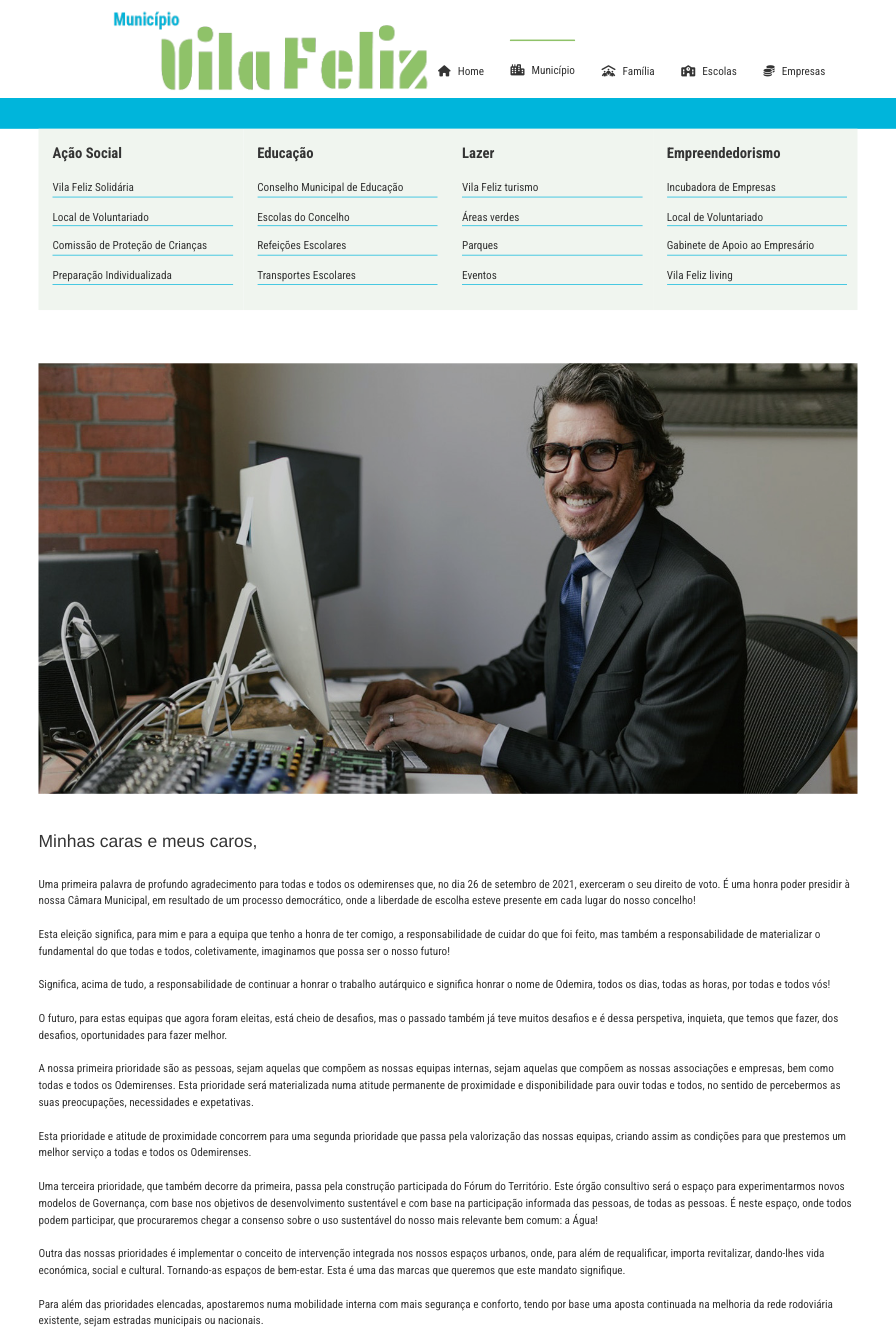
Repository: Goulart94/CmVilaFeliz
Page: municipio.html
The author's editor kept a copy of each file at every save. The page is drawn from the files as they stood at one save, then again after the next save.
The browser window is 1280 px wide. The pictures show the part of the page from y = 0 to 1920 px (the page is 2803 px tall), at 70% of full size.
Some web libraries are served in a nearby version. The style sheet was rebuilt from its Sass, Less or Tailwind sources for each picture, by a compiler version that may differ from the author's.

Above is the page before, as saved 2022-05-18 01:04:44.

### municipio.html
<!doctype html>
<html class="no-js" lang="pt" dir="ltr">

<head>
    <meta charset="utf-8">
    <meta http-equiv="x-ua-compatible" content="ie=edge">
    <meta name="viewport" content="width=device-width, initial-scale=1.0">
    <title>Foundation for Sites</title>
    <link rel="stylesheet" href="./css/foundation/foundation.css">
    <link rel="stylesheet" href="https://unpkg.com/swiper@8/swiper-bundle.min.css" />
    <link rel="stylesheet" href="./css/styleCity/app.css">
    <link rel="preconnect" href="https://fonts.googleapis.com">
    <link rel="preconnect" href="https://fonts.gstatic.com" crossorigin>
    <link href="https://fonts.googleapis.com/css2?family=Roboto+Condensed:wght@400;700&display=swap" rel="stylesheet">
    <script src="https://kit.fontawesome.com/14f2d6eca8.js" crossorigin="anonymous"></script>
</head>

<body>
    <!--header-->
    <div class="ContaineHeader grid-x">
        <div class="logo cell small-4 medium-8 large-4">

            <img src="./images/imgsPgHome/logo.png" alt="logo">
        </div>
        <div class="navBar cell small-8 medium-4 large-8">
            <nav class="float-right">
                <ul id="navBar">
                    <li><a href="./home.html"><i class="fa-solid fa-house"></i>Home</a></li>
                    <li><a href="./municipio.html"><i class="fa-solid fa-city"></i>Município</a></li>
                    <li><a><i class="fa-solid fa-people-roof"></i>Família</a></li>
                    <li><a><i class="fa-solid fa-school"></i>Escolas</a></li>
                    <li><a><i class="fa-solid fa-coins"></i>Empresas</a></li>
                </ul>
            </nav>
        </div>
    </div>
    <!--section 1-->
    <section class=" containerSection ">
        <div class="ruleBlue"></div>
        <div class="contentShortcuts  grid-container ">
            <div class=" cell small-12 medium-12  large-12  grid-x ">
                <div class="cell small-3 medium-3 large-3">
                    <div class="shortcuts ">
                        <span>Ação Social</span>
                        <ul>
                            <li><a>Vila Feliz Solidária</a></li>
                            <li><a>Local de Voluntariado</a> </li>
                            <li><a>Comissão de Proteção de Crianças</a></li>
                            <li><a>Preparação Individualizada</a></li>
                        </ul>
                    </div>

                </div>
                <div class="bgGray150 cell small-3 medium-3 large-3">
                    <div class="shortcuts active">

                        <span>Educação</span>
                        <ul>
                            <li><a>Conselho Municipal de Educação</a></li>
                            <li><a>
                                    Escolas do Concelho
                                </a> </li>
                            <li><a>Refeições Escolares</a></li>
                            <li><a>Transportes Escolares</a></li>
                        </ul>
                    </div>

                </div>
                <div class="bgGray150 cell small-3 medium-3 large-3">
                    <div class="shortcuts">

                        <span>Lazer</span>
                        <ul>
                            <li><a>Vila Feliz turismo</a></li>
                            <li><a>Áreas verdes</a> </li>
                            <li><a>Parques</a></li>
                            <li><a>Eventos</a></li>
                        </ul>
                    </div>
                </div>
                <div class=" bgGray150 cell small-3 medium-3 large-3">
                    <div class="shortcuts">

                        <span>Empreendedorismo</span>
                        <ul>
                            <li><a>Incubadora de Empresas</a></li>
                            <li><a>Local de Voluntariado</a> </li>
                            <li><a>Gabinete de Apoio ao Empresário</a></li>
                            <li><a>Vila Feliz living</a></li>
                        </ul>
                    </div>
                </div>
            </div>

    </section>
    <!--section 2-->
    <section class="containerSectionTwo">
        <div class="grid-container">
            <div>
                <img src="./images/imgsPgmunicípio/presidente.jpg" alt="">
            </div>
            <div class="conatainerText">
                <p>
                    <h4>Minhas caras e meus caros,</h4><br>


                    Uma primeira palavra de profundo agradecimento para todas e todos os odemirenses que, no dia 26 de
                    setembro de 2021, exerceram o seu direito de voto. É uma honra poder presidir à nossa Câmara
                    Municipal, em resultado de um processo democrático, onde a liberdade de escolha esteve presente em
                    cada lugar do nosso concelho! <br><br>

                    Esta eleição significa, para mim e para a equipa que tenho a honra de ter comigo, a responsabilidade
                    de cuidar do que foi feito, mas também a responsabilidade de materializar o fundamental do que todas
                    e todos, coletivamente, imaginamos que possa ser o nosso futuro! <br><br>

                    Significa, acima de tudo, a responsabilidade de continuar a honrar o trabalho autárquico e significa
                    honrar o nome de Odemira, todos os dias, todas as horas, por todas e todos vós!<br><br>

                    O futuro, para estas equipas que agora foram eleitas, está cheio de desafios, mas o passado também
                    já teve muitos desafios e é dessa perspetiva, inquieta, que temos que fazer, dos desafios,
                    oportunidades para fazer melhor.<br><br>

                    A nossa primeira prioridade são as pessoas, sejam aquelas que compõem as nossas equipas internas,
                    sejam aquelas que compõem as nossas associações e empresas, bem como todas e todos os Odemirenses.
                    Esta prioridade será materializada numa atitude permanente de proximidade e disponibilidade para
                    ouvir todas e todos, no sentido de percebermos as suas preocupações, necessidades e
                    expetativas.<br><br>

                    Esta prioridade e atitude de proximidade concorrem para uma segunda prioridade que passa pela
                    valorização das nossas equipas, criando assim as condições para que prestemos um melhor serviço a
                    todas e todos os Odemirenses.<br><br>

                    Uma terceira prioridade, que também decorre da primeira, passa pela construção participada do Fórum
                    do Território. Este órgão consultivo será o espaço para experimentarmos novos modelos de Governança,
                    com base nos objetivos de desenvolvimento sustentável e com base na participação informada das
                    pessoas, de todas as pessoas. É neste espaço, onde todos podem participar, que procuraremos chegar a
                    consenso sobre o uso sustentável do nosso mais relevante bem comum: a Água!<br><br>

                    Outra das nossas prioridades é implementar o conceito de intervenção integrada nos nossos espaços
                    urbanos, onde, para além de requalificar, importa revitalizar, dando-lhes vida económica, social e
                    cultural. Tornando-as espaços de bem-estar. Esta é uma das marcas que queremos que este mandato
                    signifique.<br><br>

                    Para além das prioridades elencadas, apostaremos numa mobilidade interna com mais segurança e
                    conforto, tendo por base uma aposta continuada na melhoria da rede rodoviária existente, sejam
                    estradas municipais ou nacionais.<br><br>

                    Procuraremos aumentar a atratividade de Odemira para os nossos jovens, queremos investir em modelos
                    e formas de promoção de habitação que permitam a sua autonomia sem que, com isso, hipotequem o seu
                    futuro. Queremos apostar em modelos de apoio à concretização de projetos de vida onde o receio do
                    risco e a realidade de falhar se constituam, apenas, como um processo de aprendizagem para uma nova
                    tentativa. Queremos investir em ecossistemas criativos e culturais onde os jovens participem e
                    sintam realização social. Sintam que é aqui que querem viver e trabalhar!<br>

                    Mais do que olharmos para os dilemas entre os diferentes territórios dentro do nosso concelho,
                    queremos fomentar a coesão territorial com equidade, puxando pelo valor diferenciado de cada lugar,
                    olhando e intervindo de forma diferente sobre o que é diferente. É neste modelo que devemos assumir,
                    com cada Junta de Freguesia, o reforço de uma parceria bilateral que signifique a melhoria da
                    qualidade de vida de cada um dos Odemirenses.<br><br>

                    Finalmente, importa apenas acrescentar a centralidade que queremos dar ao nosso património. Nesta
                    dimensão, procuraremos revisitar o programa de exposições definido no projeto “o museu somos todos”,
                    encararemos a programação cultural num modelo transversal onde todos os públicos e todas as
                    expressões artísticas possam contribuir para a nossa afirmação coletiva, e, construiremos de forma
                    participada, em 2022, uma estratégia local de valorização do património cultural que nos permita uma
                    ação de médio longo prazo.<br>

                    Em resumo, no mandato que agora se inicia, procuraremos, com humildade, respeitar uma das premissas
                    fundamentais na política: Não podemos deixar ninguém para trás porque não podem existir pessoas
                    invisíveis! Todas e todos contam! Todas e todos contarão!

                    Tal como disse Herman Hess eu “não sou aquele que sabe, mas aquele que procura!” e é por isso mesmo,
                    que esta grande equipa que agora constituímos, procurará, com coragem, respeitar o legado de
                    construções e de conquistas que recebemos.<br><br>

                    Procurará, com convicção, aprofundar o processo democrático de que somos guardiões.<br><br>

                    E procurará, com paixão, dar tudo o que somos e temos por este sonho permanente que é Vila
                    Feliz.<br><br>


                    Jorge Jesus,<br>

                    O Presidente da Câmara Municipal de Odemira
                </p>
            </div>

        </div>
    </section>


    <!--Footer-->
    <div class="footer">
        <div class="containerImg">
         <img src="./images/svg/portugal-2020-vector-logo.svg" alt="">
        </div>
    </div>







    <script src="js/vendor/jquery.js"></script>
    <script src="js/vendor/what-input.js"></script>
    <script src="js/vendor/foundation.js"></script>
    <script src="js/app.js"></script>
    <script src="https://unpkg.com/swiper/swiper-bundle.min.js"></script>
    <script src="./js/control.js"></script>



</body>

</html>

### css/styleCity/app.scss
//style Globol

* {
    margin: 0;
    padding: 0;
    color: var(--gray-900);
    box-sizing: border-box;


  }
    a {
      color: inherit;
      text-decoration: inherit;
    }

    button:hover {
      cursor: pointer;
    }

    a:hover {
      cursor: pointer;
    }

  //colors
  :root {


    --white: #FFFFFF;
    --gray-150: #f0f5ef;
    --green-300: #8FC269;
    --blue-300: #00B5DB;
    --gray-900: #343434;
  }

  //Fonts Google

  body {
    background-color: var(--white);
    font-family: Roboto Condensed, sans-serif;
    color: var(--gray-900);
  }

  //Header ---------------------------------

  .ContaineHeader {
    width: 100%;
    height: 140px;

    display: flex;
    align-items: flex-end;
    background-color: var(--white);




    .logo {
      margin-bottom: 10px;

      img {
        margin-left: 162px;
        max-width: 450px;
      }

    }

    .navBar {
      nav {
        margin-right: 100px;

        ul {
          display: flex;
          list-style-type: none;
          justify-items: flex-end;

          li {

            margin-bottom: 16px;
            margin-left: 20px;

             a{

              line-height: 83px;
              height: 52px;
              margin-left: 16px;
              padding: 1px;
              display: block;
              position: relative;

              border-top: 3px solid var(--white);
              border-radius: 2px;

              transition: 0.3s;

              i{
                margin-right: 10px;
                color: var(--gray-900);
              }

             }
            a:hover{

              border-top: 3px solid var(--blue-300);

            }

            .active{
              line-height: 5rem;
              border-top: 3px solid var(--green-300);
              border-radius: 2px;

           }

          }
        }
      }
    }
  }








 // section 1 --------------------------------------

  .bgGray150 {
    background: var(--gray-150);
  }

  .bgGray50 {
    background: var(--white);
  }
  //formas cabeçalho das sections 4, 5, 6
  .ruleBlue{
    width: 100%;
    height: 43.8px;
    background: var(--blue-300);
  }

  .containerSection {
    width: 100%;



    .contentShortcuts {

      width: 100%;
      .shortcuts {
        height: 100%;
        padding-top: 20px;
        padding-bottom: 20px;
        background: var(--gray-150);


        h3 {

          font-weight: 400;
          background: var(--green-300);
          text-align: center;
          margin-bottom: 30px;
        }

        span {
          margin: 20px;
          font-size: 21px;
          font-weight: 700;
        }

        ul {
          margin-top: 20px;
          list-style-type: none;

          li {
            margin-bottom: 15px;
            margin-right: 15px;
            border-bottom: 1px solid var(--blue-300);
          }
        }

        a:hover {
          font-weight: 700;
        }

        &:hover{

             background: var(--white);

           box-shadow: 0px 14px 7px -10px var(--green-300);
        }
      }
    }

    .shortcutsDirect{
      margin-top: 20px;
      height: 200px;
      display: flex;
      align-items: center;
      justify-content: space-around;


       .link{
      background: var(--white);
       display:flex;
       align-items: center;
       text-align: center;
       width: 22%;
       height: 90%;
       border: 3px solid var(--blue-300);
       border-radius: 10px;
       transition: 0.3s;
        span{

          margin: 0 auto;
        }
       }
       .link:hover{
         cursor: pointer;
         transform: scale(1.1);
       }

    }

  }
  //section ----------------------------------

  .containerSectionTwo{

    margin-top: 76px;
    margin-bottom: 76px;

    img{
      filter: brightness(0.8);
    }

    .conatainerText{
      p{
        margin-top: 50px;
      }
    }

  }






  //footer-----------------------------------------------

  .footer{
    width: 100%;
    height: 300px;
    background: #343434;

    .containerImg{
      width: 100%;
      display: flex;

      img{
      margin: 0 auto;
      width: 400px;
      height: 300px;
      }
    }
  }

Loaded but not shown: js/vendor/jquery.js (library); js/vendor/what-input.js (library); js/vendor/foundation.js (library); js/control.js (6 lines, source omitted); js/app.js (1 lines, source omitted); css/foundation/foundation.scss (6468 lines, source omitted)

After the next save:
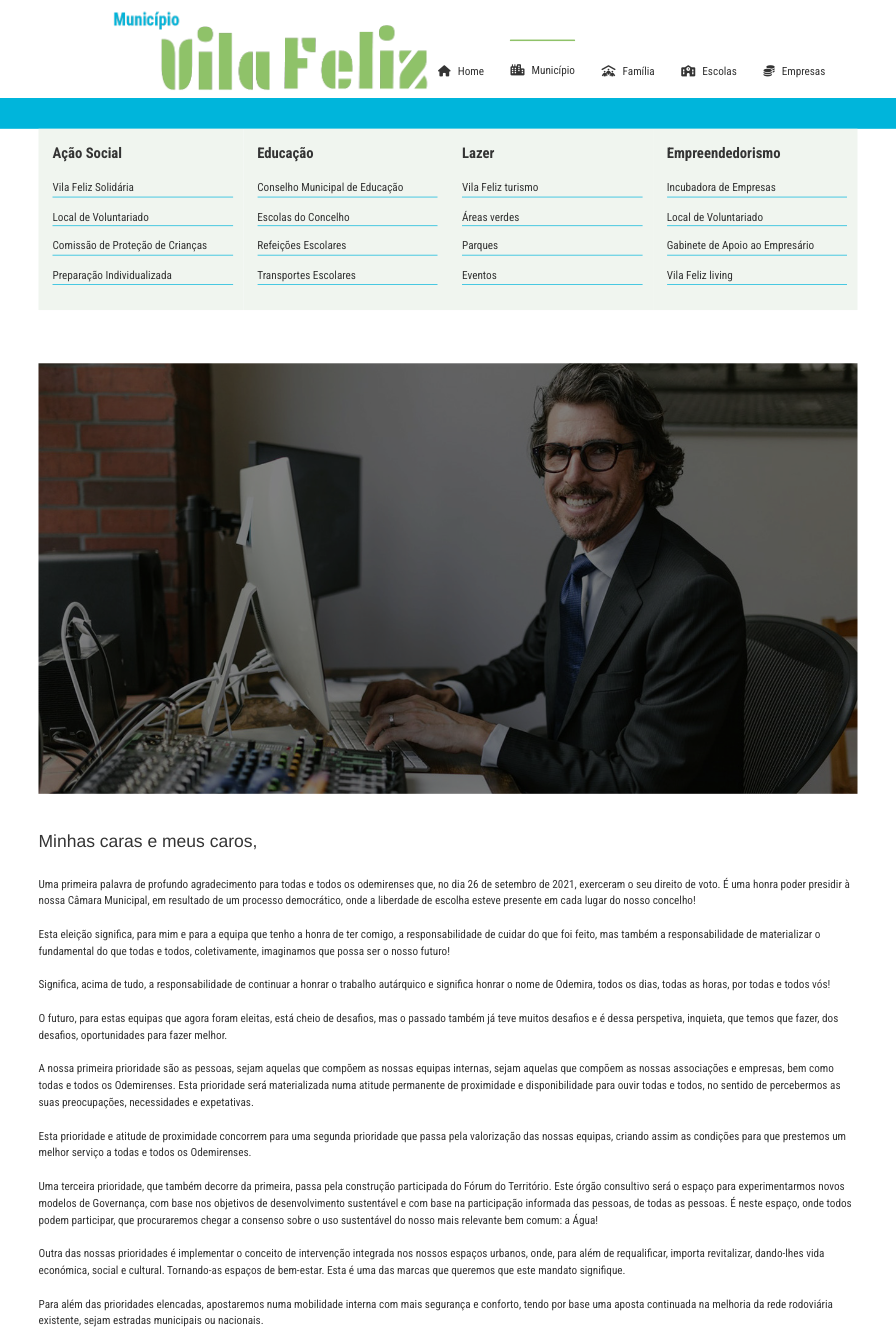
Saved 13 s later.
--- a/css/styleCity/app.scss
+++ b/css/styleCity/app.scss
@@ -231,7 +231,7 @@
     margin-bottom: 76px;
 
     img{
-      filter: brightness(0.8);
+      filter: brightness(0.5);
     }
 
     .conatainerText{
